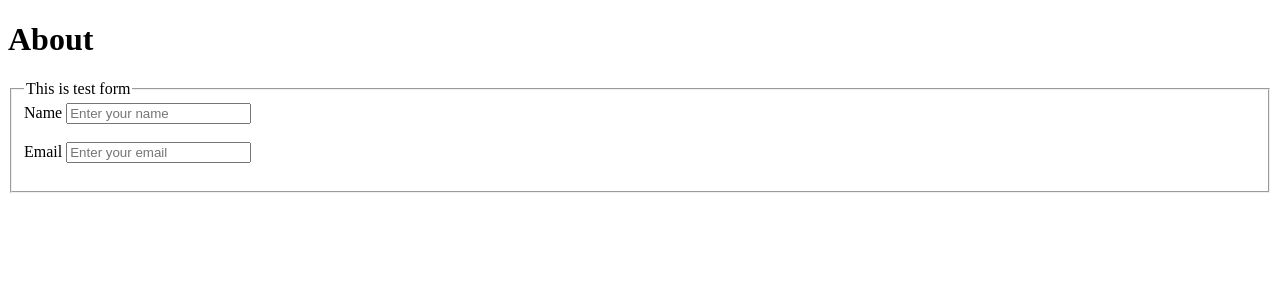
Repository: fisikusari/test-repo
Page: about.html
These files come from the project's save history. The page is drawn as it stood at one moment and after the next save; the edit follows.
The browser window is 1280 px wide. The pictures show the whole page.

Above is the page before, as saved 2021-11-11 18:59:29.

### about.html
<!DOCTYPE html>
<html lang="en">

<head>
  <meta charset="UTF-8">
  <meta http-equiv="X-UA-Compatible" content="IE=edge">
  <meta name="viewport" content="width=device-width, initial-scale=1.0">
  <title>About</title>
</head>

<body>
  <h1>About</h1>
  <!--Form Starts here-->
  <form action="">
    <!--Fieldset Starts here-->
    <fieldset>
      <legend>This is test form</legend>
      <label for="name">Name</label>
      <input type="text" id="name" name="emri" placeholder="Enter your name" /><br><br>
      <label for="email">Email</label>
      <input type="email" name="email" id="email" placeholder="Enter your email" /><br></br>
      <label for=""></label>
    </fieldset>
    <!--Fieldset Ends here-->
  </form>
  <!--Form Ends here-->
</body>

</html>

After the next save:
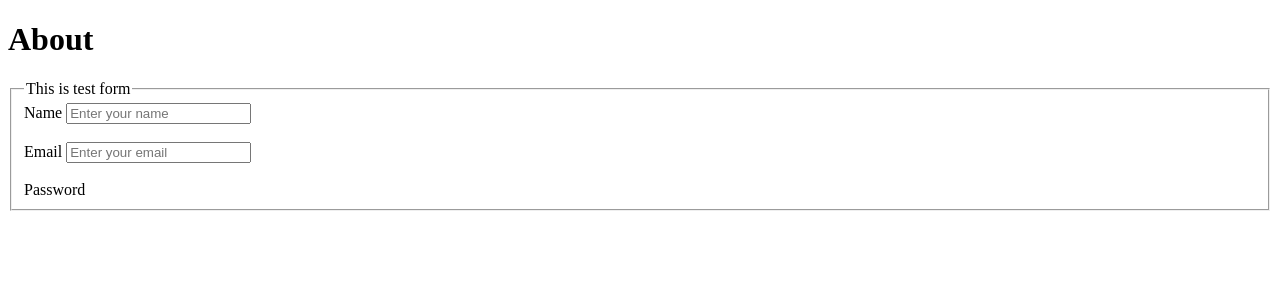
Saved 65 s later.
--- a/about.html
+++ b/about.html
@@ -19,7 +19,7 @@
       <input type="text" id="name" name="emri" placeholder="Enter your name" /><br><br>
       <label for="email">Email</label>
       <input type="email" name="email" id="email" placeholder="Enter your email" /><br></br>
-      <label for=""></label>
+      <label for="password">Password</label>
     </fieldset>
     <!--Fieldset Ends here-->
   </form>
